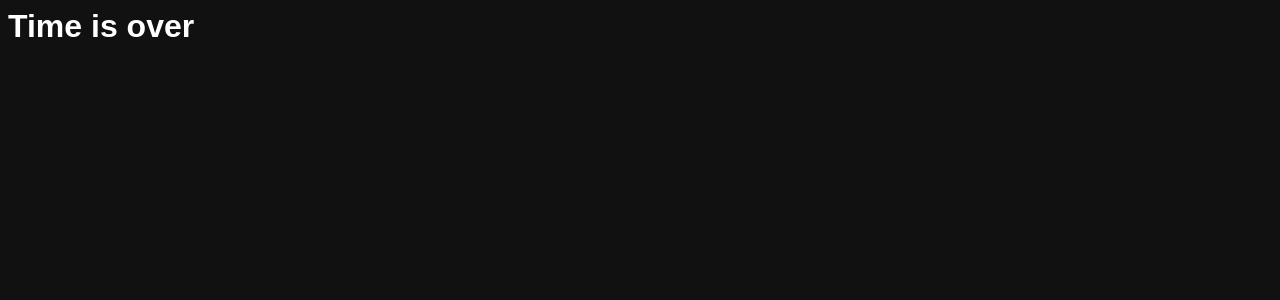
Repository: 43320888/upwork
Page: popup/index.html
The author's editor kept a copy of each file at every save. The page is drawn from the files as they stood at one save, then again after the next save.
The browser window is 1280 px wide. The pictures show the whole page.

Above is the page before, as saved 2019-01-24 10:28:58.

### popup/index.html
<meta http-equiv="Content-Type" content="text/html;charset=UTF-8">
<body style="background:#111; color:#fff; font-family: Arial, Helvetica, sans-serif">
	<h1>Hello 🙂<div></div><script src="timer.js"></script></h1>
</body>

### popup/timer.js
(() => {
	const x = new Date().getTime() + 3000;
	const j = document.querySelector('h1 div');

	backTimer();

	function backTimer() {
		let i = new Date().getTime();
		if (i < x) {
			j.innerHTML = new Date(x - i).toLocaleTimeString();
			setTimeout(backTimer, 500);
		}
		else {
			// j.innerHTML = "00:00:00";
			document.body.innerHTML = '<h1>Time is over</h1>';
		}
	}
})();

After the next save:
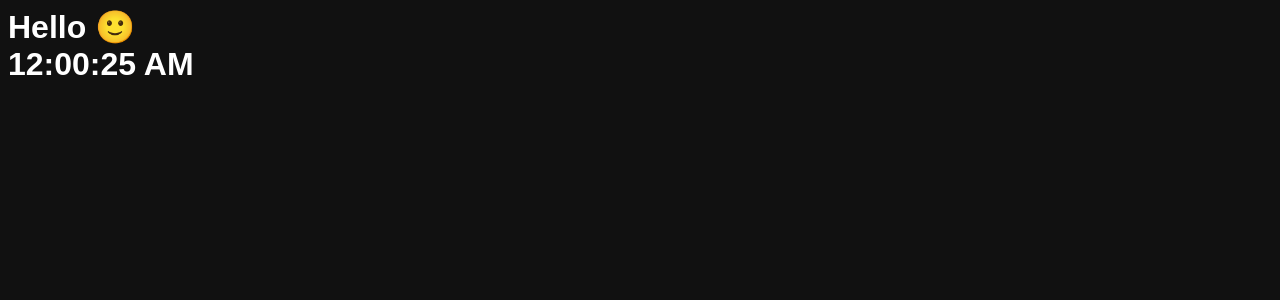
Saved 69 s later.
--- a/popup/timer.js
+++ b/popup/timer.js
@@ -1,5 +1,5 @@
 (() => {
-	const x = new Date().getTime() + 3000;
+	const x = new Date().getTime() + 30000;
 	const j = document.querySelector('h1 div');
 
 	backTimer();
